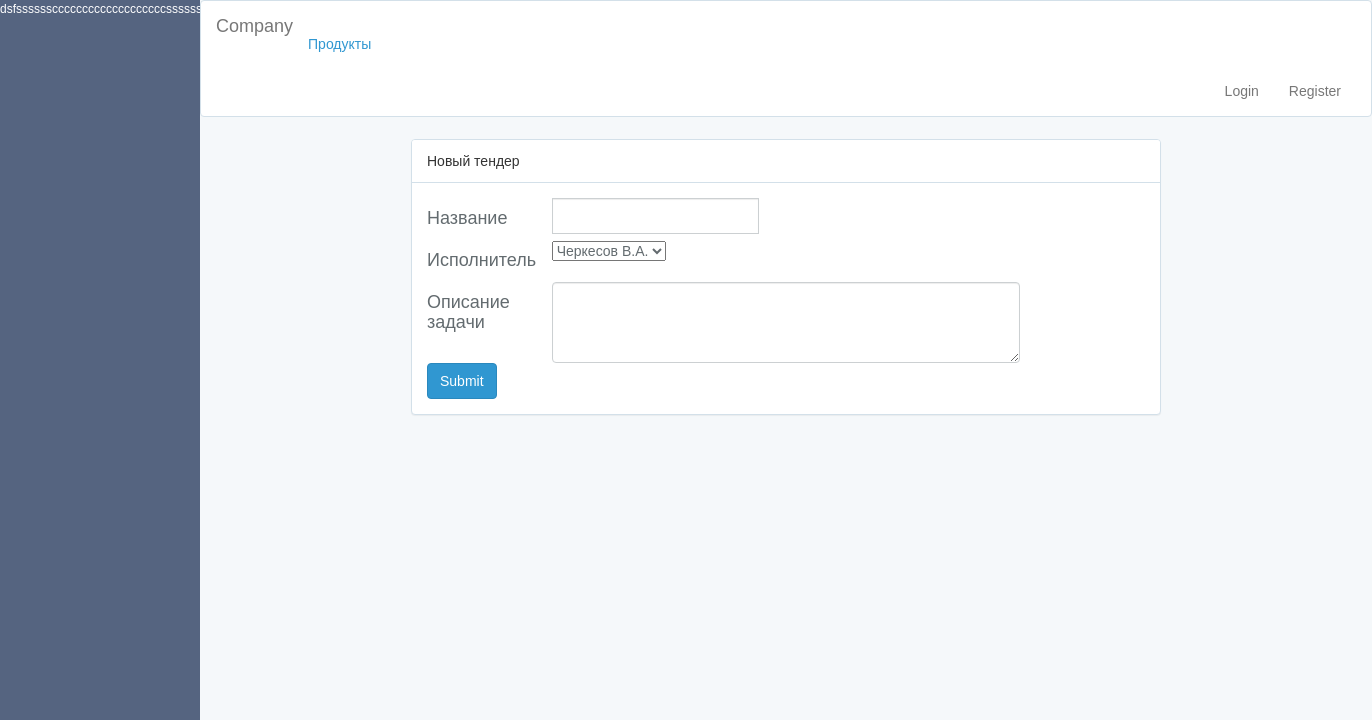
Repository: blackjack043/laravel-crud
Page: http://localhost/page2
An editor plug-in stored every save of this project. The page is shown before and after the next save, followed by the edit.
The browser window is 1280 px wide. The page is 1372 px wide, then 1370 px, so the pictures cover 1372 px, including what lies to the right of the window. The pictures show the whole page.
Some web fonts or font styles are not loaded; a fallback is used. The page is served by the project's Laravel application, run on PHP 8.4 with Laravel 8. Other server files are loaded and not shown.

Above is the page before, as saved 2022-03-06 21:21:09.

### routes/web.php
<?php

/*
|--------------------------------------------------------------------------
| Web Routes
|--------------------------------------------------------------------------
|
| Here is where you can register web routes for your application. These
| routes are loaded by the RouteServiceProvider within a group which
| contains the "web" middleware group. Now create something great!
|
*/
use Illuminate\Http\Request;
use App\Contact12;


Route::get('/', function () {
    return view('welcome');
});

Route::get('/page2', function () {
    return view('page2');
});



Route::post('/profile', 'ContactController@submit');

Auth::routes();

Route::get('/home', 'HomeController@index');

Auth::routes();

Route::get('/home', 'HomeController@index');

### resources/views/page2.blade.php
@extends('layouts.app2')

@section('content')
<div class="container">
    <div class="row">
        <div class="col-md-8 col-md-offset-2">
            <div class="panel panel-default">
                <div class="panel-heading">Новый тендер</div>
                <div class="panel-body">


        @if($errors->any())
            <div style=>
            @foreach ($errors->all() as $error)
            <div >
                {{$error}}
            </div>
            @endforeach
            </div>
         @endif
<form  method="POST" action="/profile">
{{ csrf_field() }}

                <div class="row" >
  <div class="col-md-2" ><h4>Название</h4></div>
  <div class="col-md-10">
<div class="input-group" >
<input type="text" name="label" class="form-control"  aria-describedby="sizing-addon2">
                </div></div>
</div>

<div class="row">
  <div class="col-md-2"><h4>Исполнитель</h4></div>
  <div class="col-md-10">
    <select name="ispolnitel">
    <option value="cherkesov">Черкесов В.А.</option>
    <option value="matancev">Матанцев Е.Р.</option>
    </select>
</div>
</div>

<div class="row">
  <div class="col-md-2"><h4>Описание задачи</h4></div>
  <div class="col-md-8">
		<textarea name="text" class="form-control" rows="3"></textarea>
</div>



</div>
<input type="submit" class="btn btn-primary">
</form>






                </div>
            </div>
        </div>
    </div>
</div>
@endsection

### resources/views/layouts/app2.blade.php
<!DOCTYPE html>
<html lang="en">
<head>
    <meta charset="utf-8">
    <meta http-equiv="X-UA-Compatible" content="IE=edge">
    <meta name="viewport" content="width=device-width, initial-scale=1">

    <!-- CSRF Token -->
    <meta name="csrf-token" content="{{ csrf_token() }}">

    <title>{{ config('app.name', 'Laravel') }}</title>

    <!-- Styles -->
    <link href="/css/app.css" rel="stylesheet">

    <!-- Scripts -->
    <script>
        window.Laravel = <?php echo json_encode([
            'csrfToken' => csrf_token(),
        ]); ?>
    </script>
</head>
<body>
    <div id="app" style="display: flex;">
        <div style="width:200px; height:100vh;background: #556480;color: white; font-size: 12px" >dsfsssssscccccccccccccccccccssssssaas</div>
        <div style="display:inline; ">
        <nav class="navbar navbar-default">
            <div class="container">
                <div class="navbar-header">

                    <!-- Collapsed Hamburger -->


                    <!-- Branding Image -->
                    <a class="navbar-brand" href="{{ url('/') }}">
                      Company
                    </a>
                </div>

                <div class="collapse navbar-collapse" id="app-navbar-collapse">
                    <!-- Left Side Of Navbar -->
                    <ul class="nav ">
                        &nbsp;
                        <li ><a href="#">Продукты</a></li>
                    </ul>

                    <!-- Right Side Of Navbar -->
                    <ul class="nav navbar-nav navbar-right">
                        <!-- Authentication Links -->
                        @if (Auth::guest())
                            <li><a href="{{ url('/login') }}">Login</a></li>
                            <li><a href="{{ url('/register') }}">Register</a></li>
                        @else
                            <li class="dropdown">
                                <a href="#" class="dropdown-toggle" data-toggle="dropdown" role="button" aria-expanded="false">
                                    {{ Auth::user()->name }} <span class="caret"></span>
                                </a>

                                <ul class="dropdown-menu" role="menu">
                                    <li>
                                        <a href="{{ url('/logout') }}"
                                            onclick="event.preventDefault();
                                                     document.getElementById('logout-form').submit();">
                                            Logout
                                        </a>

                                        <form id="logout-form" action="{{ url('/logout') }}" method="POST" style="display: none;">
                                            {{ csrf_field() }}
                                        </form>
                                    </li>
                                </ul>
                            </li>
                        @endif
                    </ul>
                </div>
            </div>
        </nav>

        @yield('content')
    </div>
    </div>
    <!-- Scripts -->
    <script src="/js/app.js"></script>
</body>
</html>

Loaded but not shown: app/Http/Controllers/Auth/LoginController.php (common file); app/Http/Controllers/Controller.php (common file); public/css/app.css (library); public/js/app.js (library)

After the next save:
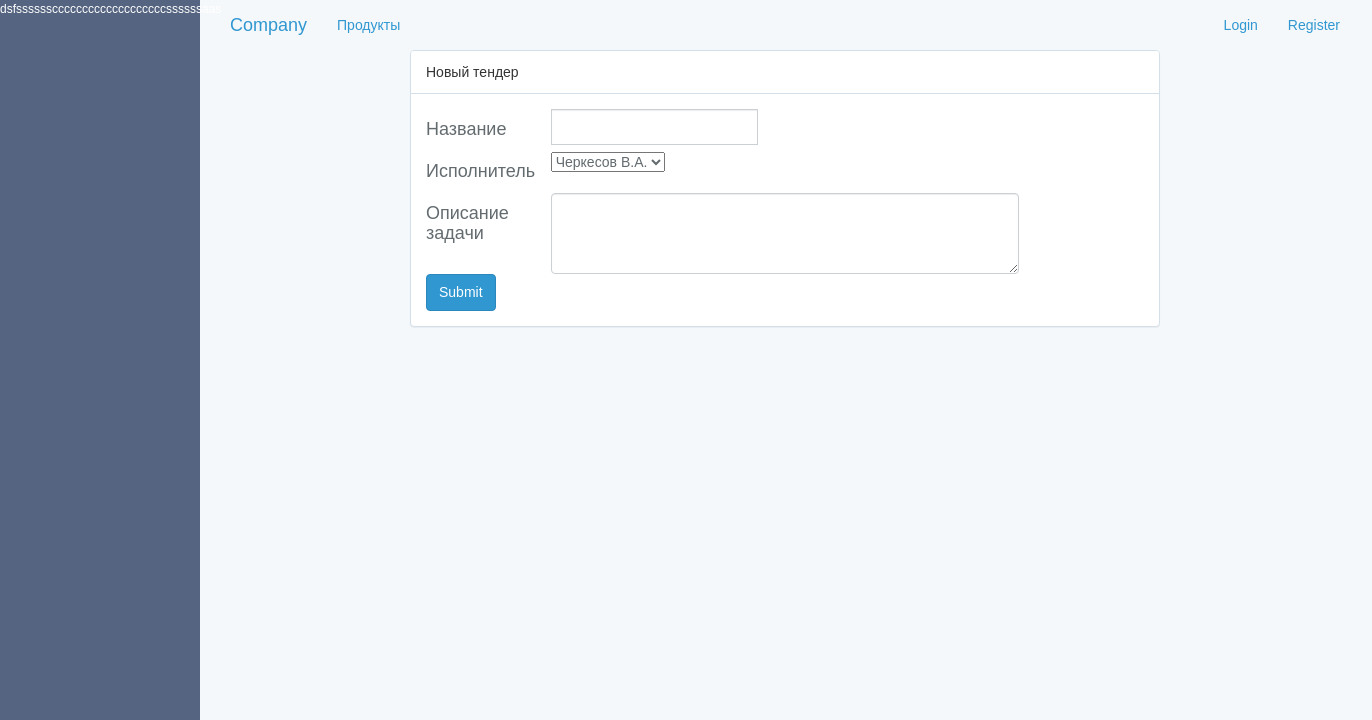
Saved 26 s later.
--- a/resources/views/layouts/app2.blade.php
+++ b/resources/views/layouts/app2.blade.php
@@ -24,7 +24,7 @@
     <div id="app" style="display: flex;">
         <div style="width:200px; height:100vh;background: #556480;color: white; font-size: 12px" >dsfsssssscccccccccccccccccccssssssaas</div>
         <div style="display:inline; ">
-        <nav class="navbar navbar-default">
+        <nav class="">
             <div class="container">
                 <div class="navbar-header">
 
@@ -39,7 +39,7 @@
 
                 <div class="collapse navbar-collapse" id="app-navbar-collapse">
                     <!-- Left Side Of Navbar -->
-                    <ul class="nav ">
+                    <ul class="nav navbar-nav">
                         &nbsp;
                         <li ><a href="#">Продукты</a></li>
                     </ul>
